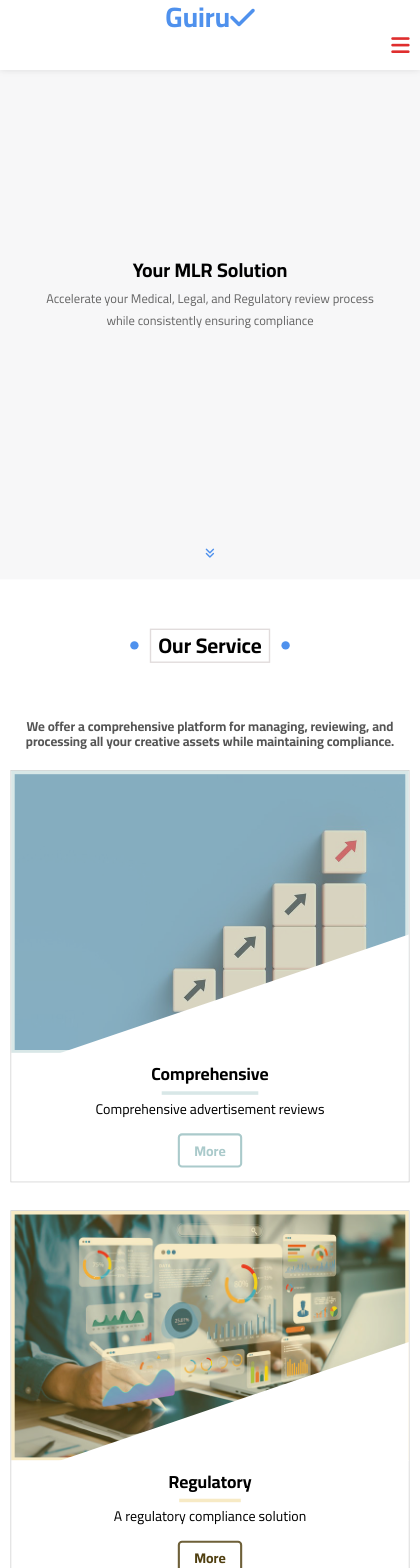
Repository: AsmaaAlothman/Templet-1-website
Page: home.html
These files come from the project's save history. The page is drawn as it stood at one moment and after a run of saves; the edit follows.
The browser window is 600 px wide. The pictures show the part of the page from y = 0 to 2240 px (the page is 5240 px tall), at 70% of full size.

Above is the page before, as saved 2024-08-31 13:42:35.

After the next 2 saves:
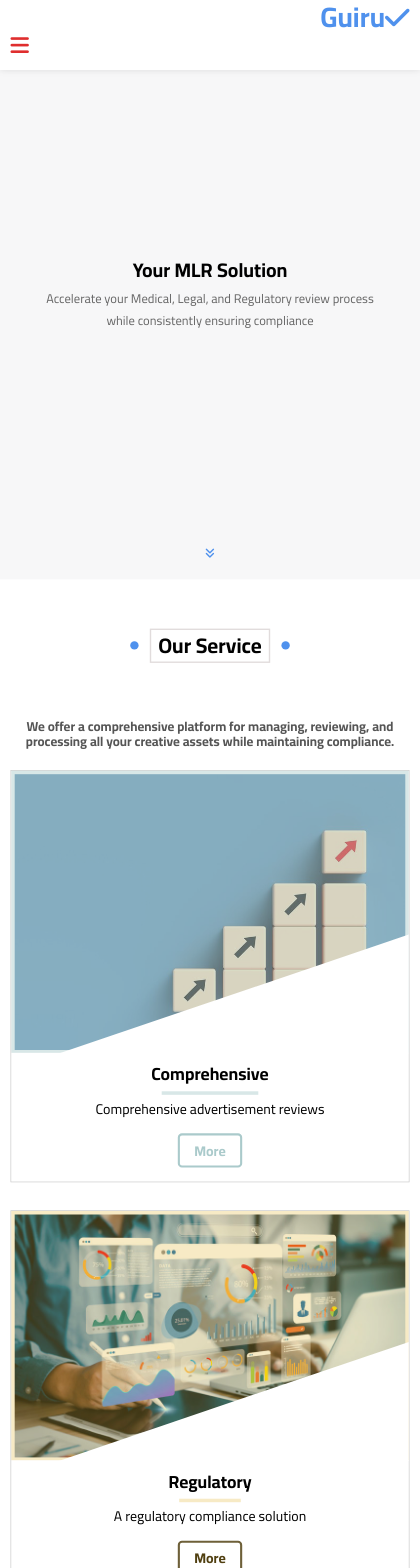
The 2 saves are shown as one change because they came seconds apart.
The last was saved 40 s later.
--- a/css/home.css
+++ b/css/home.css
@@ -241,10 +241,9 @@ img {
     .header .main_nav {
         display: none;
     }
-    .header .container {
+    .header .container .logo {
         display: flex;
         justify-content: end;
-        margin: 0;
     }
 }
 
